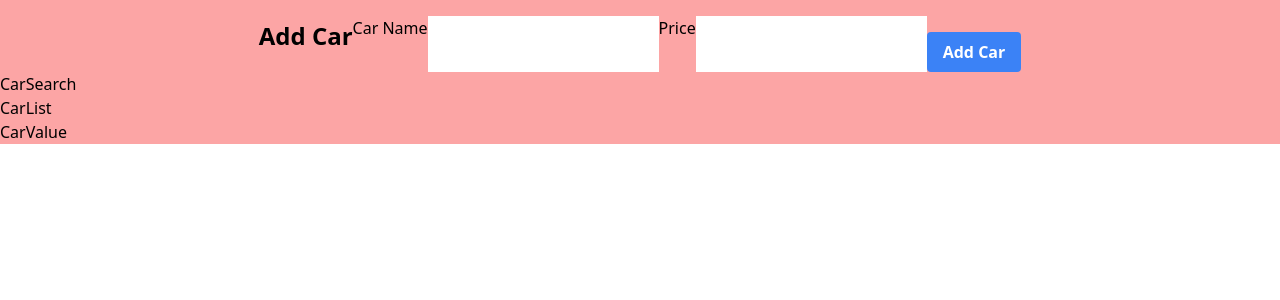
Repository: Marhamat92/carsappreduxtoolkit
Page: /
The author's editor kept a copy of each file at every save. The page is drawn from the files as they stood at one save, then again after the next save.
The browser window is 1280 px wide. The pictures show the whole page.
The project was rebuilt for these pictures with package versions that can differ from the ones it lists, and the page was loaded fresh each time.

Above is the page before, as saved 2023-01-23 21:00:56.

After the next save:
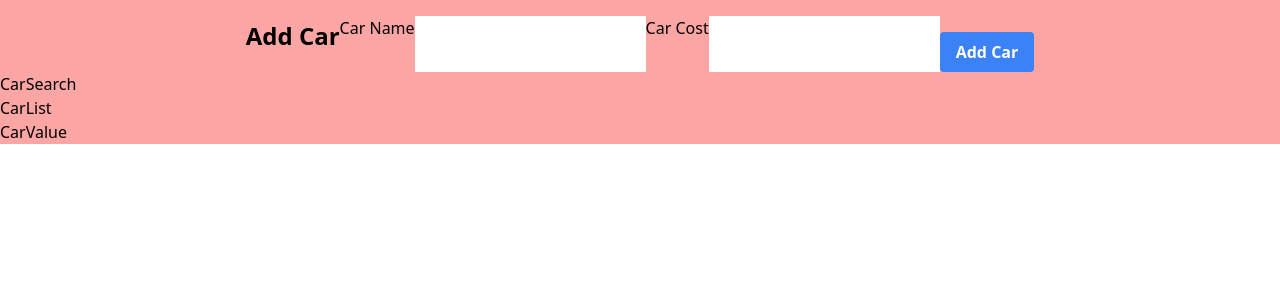
Saved 35 s later.
--- a/src/components/CarForm.js
+++ b/src/components/CarForm.js
@@ -8,7 +8,7 @@ function CarForm() {
         <form className='flex flex-row'>
           <label htmlFor='make'>Car Name</label>
           <input type='text' name='carName' id='carName' />
-          <label htmlFor='price'>Price</label>
+          <label htmlFor='price'>Car Cost</label>
           <input type='text' name='price' id='price' />
           <button className='bg-blue-500 hover:bg-blue-700 text-white font-bold py-2 px-4 rounded mt-4' type='submit'>Add Car</button>
         </form>
